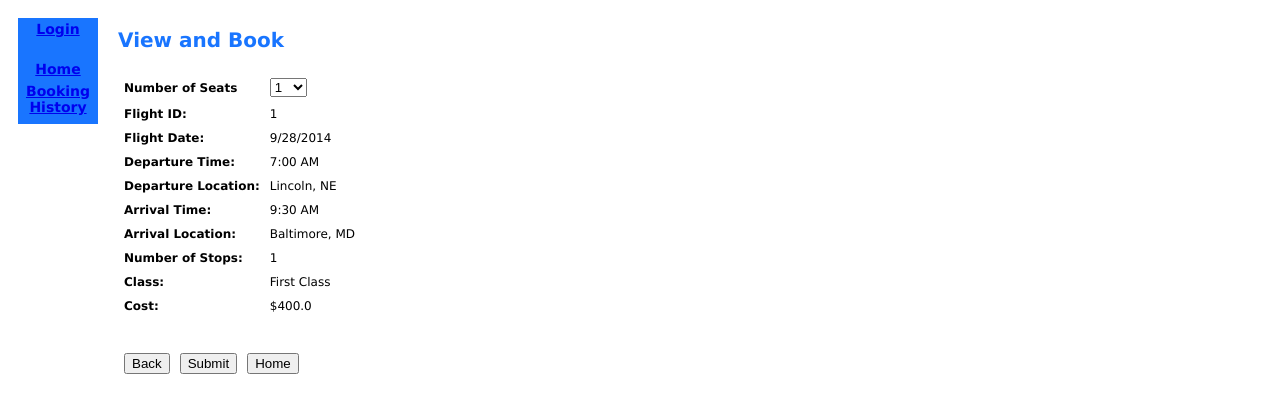
Repository: jliu9000/CSE-464---Flight-Pages
Page: http://localhost/HW1/ViewAndBook.jsp
These files come from the project's save history. The page is drawn as it stood at one moment and after the next save; the edit follows.
The browser window is 1280 px wide. The pictures show the whole page.
Some web libraries are served in a nearby version. The page is served by Tomcat 9.

Above is the page before, as saved 2014-09-26 01:06:25.

After the next save:
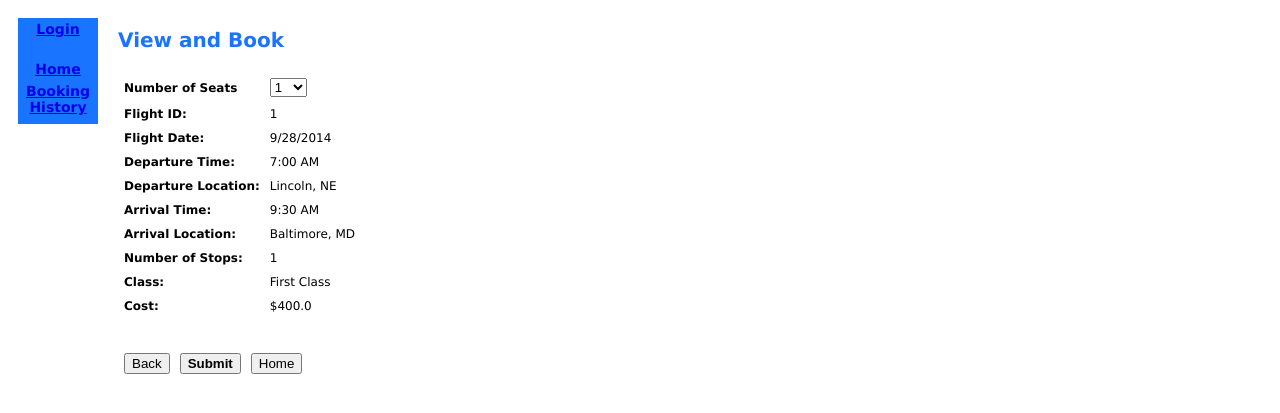
Saved 30 s later.
--- a/HW1/WebContent/ViewAndBook.jsp
+++ b/HW1/WebContent/ViewAndBook.jsp
@@ -57,7 +57,7 @@
 	<br><br>
 	<table>
 	<tr><td><a href="FlightSearchResults.jsp"><button type="button" onclick="goBack()">Back</button></a></td>
-	<td><input type="submit" value="Submit"></input></td>
+	<td><input type="submit" value="Submit" style="font-weight:bold;"></input></td>
 	<td><button type=button onclick="goHome()">Home</button></td></tr>
 	</table>		</form>
 
